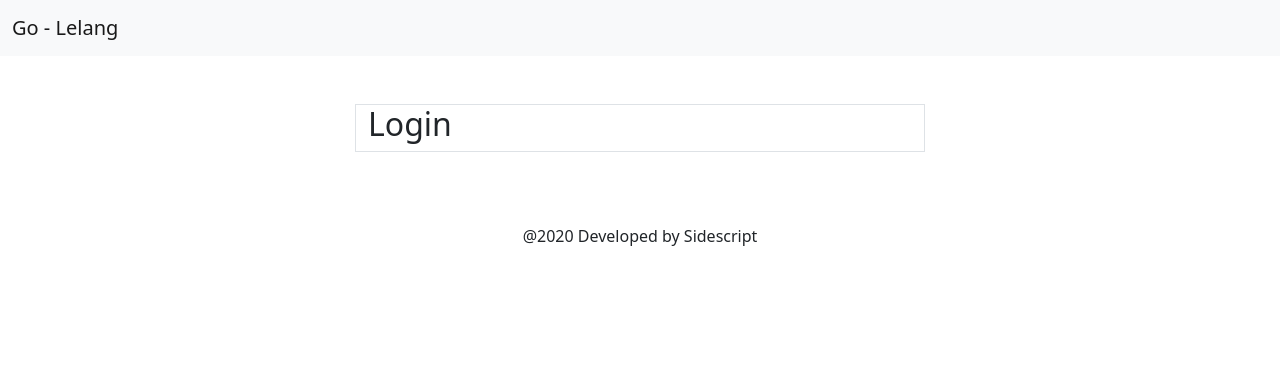
Repository: khulqu15/Go---Lelalng
Page: http://localhost/login
An editor plug-in stored every save of this project. The page is shown before and after the next save, followed by the edit.
The browser window is 1280 px wide. The pictures show the whole page.
The page is served by the project's Laravel application, run on PHP 8.4 with Laravel 8. Other server files are loaded and not shown.

Above is the page before, as saved 2021-02-22 15:50:42.

### routes/web.php
<?php

use App\Http\Controllers\DashboardController;
use App\Http\Controllers\PageController;
use App\Http\Controllers\UserController;
use Illuminate\Support\Facades\Route;

/*
|--------------------------------------------------------------------------
| Web Routes
|--------------------------------------------------------------------------
|
| Here is where you can register web routes for your application. These
| routes are loaded by the RouteServiceProvider within a group which
| contains the "web" middleware group. Now create something great!
|
*/

Route::get('/', [PageController::class, 'home'])->name('home');
Route::get('products', [PageController::class, 'products'])->name('products');
Route::get('product/{id}', [PageController::class, 'product'])->name('product');
Route::get('contact', [PageController::class, 'contact'])->name('contact');
Route::get('login', [PageController::class, 'login'])->name('login');
Route::get('register', [PageController::class, 'register'])->name('register');
Route::post('contact', [UserController::class, 'contactUs'])->name('contact.us');

Route::group(['middleware' => ['userDashboard']], function() {
    Route::get('dashboard', [DashboardController::class, 'index'])->name('dashboard');
    Route::get('dashboard/product', [DashboardController::class, 'product'])->name('dashboard.product');
    Route::get('dashboard/user', [DashboardController::class, 'user'])->name('dashboard.user');
    Route::get('dashboard/auction', [DashboardController::class, 'auction'])->name('dashboard.auction');
});

### app/Http/Controllers/PageController.php
<?php

namespace App\Http\Controllers;

use App\Models\Category;
use App\Models\Product;
use Illuminate\Http\Request;

class PageController extends Controller
{
    public function home(Request $request)
    {
        $categories = Category::orderBy('id', 'DESC')->paginate(4);
        $query = Product::query();
        if($request->get('name')) {
            $products = $query->where('name', 'LIKE', '%'.$request->get('name').'%');
        }
        if($request->get('category')) {
            $products = $query->where('category_id', $request->get('category'));
        }
        $products = $query->with('Category')->orderBy('id', 'DESC')->paginate(3);
        return view('welcome', compact('products', 'categories'));
    }

    public function products(Request $request)
    {
        $categories = Category::orderBy('id', 'DESC')->paginate(4);
        $query = Product::query();
        if($request->get('name')) {
            $products = $query->where('name', 'LIKE', '%'.$request->get('name').'%');
        }
        if($request->get('category')) {
            $products = $query->where('category_id', $request->get('category'));
        }
        $products = $query->paginate(3);
        return view('page.products', compact('products', 'categories'));
    }

    public function product($id)
    {
        $product = Product::find($id);
        return view('page.product', compact('product'));
    }

    public function contact()
    {
        return view('page.contact');
    }

    public function login()
    {
        return view('auth.login');
    }

    public function register()
    {
        return view('auth.register');
    }
}

### resources/views/auth/login.blade.php
@extends('layout.auth')

@section('title', 'Login')

@section('content')
<div class="container py-5">
    <div class="row">
        <div class="col-md-6 offset-md-3 border">
            <h2>Login</h2>
        </div>
    </div>
</div>
@endsection

### resources/views/layout/auth.blade.php
<!DOCTYPE html>
<html lang="en">
<head>
    <meta charset="UTF-8">
    <meta name="viewport" content="width=device-width, initial-scale=1.0">
    <meta http-equiv="X-UA-Compatible" content="ie=edge">
    <title>GO - Lelang | @yield('title')</title>

    <script src="{{ mix('css/app.css') }}"></script>
    <link rel="stylesheet" href="{{ asset('css/bootstrap.min.css') }}">
    <link rel="stylesheet" href="{{ asset('css/all.min.css') }}">
    <link rel="stylesheet" href="{{ asset('css/fontawesome.min.css') }}">
    <link rel="stylesheet" href="{{ asset('css/style.css') }}">

    <script src="{{ mix('js/app.js') }}"></script>
    <script src="{{ asset('js/jquery-3.5.1.min.js') }}"></script>
    <script src="{{ asset('js/bootstrap.min.js') }}"></script>
    <script src="{{ asset('js/all.min.js') }}"></script>
    <script src="{{ asset('js/fontawesome.min.js') }}"></script>

</head>
<body>

    <nav class="navbar navbar-expand-lg navbar-light bg-light">
        <div class="container-fluid">
            <a class="navbar-brand" href="{{ route('home') }}">Go - Lelang</a>
        </div>
    </nav>

    @yield('content')

    <footer class="container-fluid py-4">
        <div class="row">
            <div class="col-md-12 text-center">
                <p class="mb-0">@2020 Developed by Sidescript</p>
            </div>
        </div>
    </footer>
</body>
</html>

### public/css/style.css
body {
    overflow-x: hidden !important;
}
.viga {
    font-family: 'Viga', sans-serif;
}
.bgm-primary {
    background-color: #E62A2A !important;
}
.bgm-primary-light {
    background-color: #FFCECE !important;
}
.btnm-primary {
    border: none;
    border-radius: 0px !important;
    transition: all .3s ease-in-out;
    background-color: #E62A2A !important;
    padding: 1rem 2rem;
    color: white;
}
.shadow-smooth {
    box-shadow: 10px 20px 49px -8px rgba(0, 0, 0, 0.08) !important;
}
.page-item.active .page-link {
    background-color: #198754 !important;
    border-color: #198754 !important;
    color: white !important;
}
.page-link {
    color: #198754 !important;
}
.text-right {
    text-align: right !important;
}
.text-left {
    text-align: left !important;
}
.text-sm {
    font-size: .8rem;
}
.text-center {
    text-align: center !important;
}
.cursor-point {
    cursor: pointer;
}
.btnm-primary:hover {
    color: white !important;
    background-color: #c01c1c !important;
}
.btnm-light {
    border: none;
    border-radius: 0px !important;
    transition: all .3s ease-in-out;
    background-color: #f2f2f2 !important;
    padding: 1rem 2rem;
    color: #292929;
}
.btnm-light:hover {
    color: #292929 !important;
    background-color: #c2c2c2 !important;
}
.textm-primary {
    color: #E62A2A !important;
}
.textm-gray {
    color: gray !important;
}

.input-search-home {
    width: 80%;
    position: absolute;
    left: 10%;
    height: 60px;
    box-shadow: 0px 20px 40px -6px rgba(0, 0, 0, 0.12);
    top: -50px;
    background-color: white;
}
.input-search-home input {
    height: 60px;
}
.input-search-home button,
.input-search-home a {
    position: relative;
    top: -10px;
}
.maxm-height {
    min-height: 70vh;
    max-height: 70vh !important;
    overflow-y: auto !important;
    overflow-x: hidden !important;
}


.card-product {
    width: 100%;
    transition: all .3s ease-in-out;
    height: 370px;
    background-color: white;
}
.card-product:hover {
    box-shadow: 12px 24px 48px rgba(0, 0, 0, 0.09);
}
.card-product .image {
    width: 100%;
    height: 170px;
    background-color: #f36c6c;
    overflow: hidden;
}
.card-product .image img {
    transition: all .3s ease-in-out;
}
.card-product .image:hover img {
    transform: scale(1.1);
    opacity: .6;
}
.card-product .like {
    width: 50px;
    height: 50px;
    border-radius: 50px;
    background-color: #fccece;
    color: #E62A2A;
    position: absolute;
    line-height: 53px;
    text-align: center;
    z-index: 10;
    top: 140px;
    right: 20px;
    transition: all .3s ease-in-out;
}
.card-product .like:hover {
    cursor: pointer;
    background-color: #c01c1c;
    color: #FFCECE;
}
.card-product .liked {
    width: 50px;
    height: 50px;
    border-radius: 50px;
    background-color: #E62A2A;
    color: #fccece;
    position: absolute;
    line-height: 53px;
    text-align: center;
    z-index: 10;
    top: 140px;
    right: 20px;
    transition: all .3s ease-in-out;
}
.card-product .like:hover {
    cursor: pointer;
    color: #c01c1c;
    background-color: #FFCECE;
}
.image-fit-card {
    width: 100%;
    height: 100%;
    object-fit: cover !important;
}
.card-product .line-category {
    display: inline-block;
    width: 20px;
    height: 3px;
    background-color: gray;
}

.bg-hammer-bottom {
    background: url('../img/wallpaper/hammer.png');
    background-attachment: fixed;
    background-position: center;
    background-size: cover;
}

.input-email-footer {
    position: relative;
    width: 100%;
    height: 70px;
    box-shadow: 0px 19px 38px rgba(0, 0, 0, 0.12);
    background-color: white;
}
.input-email-footer input {
    height: 70px;
    width: 100%;
}
.input-email-footer button {
    position: relative;
    top: -8px
}

.menu-footer {
    color: rgba(255, 255, 255, .5);
}
.menu-footer.active,
.menu-footer:hover {
    color: rgba(255, 255, 255, 1);
    cursor: pointer;
    transition: all .4s ease-in-out;
}
.menu-footer .icon {
    position: absolute;
    right: -50px;
    opacity: 0;
    transition: all .2s ease-in-out;
    visibility: hidden;
}
.menu-footer.active .icon,
.menu-footer:hover .icon {
    position: relative;
    opacity: 1;
    right: 0;
    visibility: visible;
}
.menu-footer .menu-title {
    transition: all .2s ease-in-out;
    position: relative;
    font-size: 3rem;
    right: -10px;
}
.menu-footer.active .menu-title,
.menu-footer:hover .menu-title {
    position: relative;
    right: 0px;
}

.icons-footer svg {
    transition: all .2s ease-in-out;
    color: #c2c2c2;
    margin: 0px .8rem;
    font-size: 1.4rem;
}

.icons-footer svg:hover {
    cursor: pointer;
    color: #767676;
}

.navbar {
    transition: all .3s ease-in-out;
    z-index: 100;
}
.burger {
    position: relative;
    top: -5px;
    margin: 10px 0px 0px 0px;
}
.burger div {
    width: 30px;
    height: 2px;
    margin: 7px 0px;
    position: relative;
    background-color: #767676;
    transition: all .3s ease-in-out;
}
.burger.times div:nth-child(1) {
    transform: rotate(45deg);
    top: 5px;
}
.burger.times div:nth-child(2) {
    transform: rotate(-45deg);
    top: -5px;
}

.navbar-fixed {
    position: fixed;
    width: 100%;
    z-index: 50;
    overflow-x: hidden !important;
    overflow-y: auto !important;
    height: 100%;
    top: 0;
    opacity: 1;
    transform: skew(0deg);
    background-color: white;
    visibility: visible;
    right: 0;
    transition: all .5s ease-in;
}
.avatar-sm {
    width: 40px;
    height: 40px;
    border-radius: 40px;
    overflow: hidden;
    display: inline-block;
}
.avatar-md {
    width: 50px;
    height: 50px;
    border-radius: 50px;
    overflow: hidden;
    display: inline-block;
}
.avatar-sm-navbar {
    width: 40px;
    height: 40px;
    border-radius: 40px;
    display: inline-block;
    right: 120px;
    position: absolute;
    z-index: 10;
    overflow: hidden;
    transition: all .3s ease-in-out;
    top: 24px;
    box-sizing: content-box;
}
.avatar-sm-navbar:hover {
    cursor: pointer;
    border: 4px solid gainsboro;
    top: 20px;
    right: 112px;
}
.navbar-fixed.hide {
    transform: skew(10deg) !important;
    opacity: 0 !important;
    right: -100% !important;
    visibility: hidden !important;
}
.menu-navbar {
    color: rgba(44, 44, 44, 0.5);
}
.menu-navbar.active,
.menu-navbar:hover {
    color: rgba(44, 44, 44, 1) !important;
    cursor: pointer;
    transition: all .4s ease-in-out;
}
.menu-navbar .icon {
    position: absolute;
    right: -50px;
    opacity: 0;
    transition: all .2s ease-in-out;
    visibility: hidden;
}
.menu-navbar.active .icon,
.menu-navbar:hover .icon {
    position: relative;
    opacity: 1;
    right: 0;
    visibility: visible;
}
.menu-navbar .menu-title {
    transition: all .2s ease-in-out;
    position: relative;
    font-size: 3rem;
    right: -10px;
}
.menu-navbar.active .menu-title,
.menu-navbar:hover .menu-title {
    position: relative !important;
    right: 0px !important;
}
a {
    text-decoration: none !important;
}
.full-page,
.bg-product {
    width: 100%;
    min-height: 100vh;
    overflow: hidden;
    position: relative;
    background-color: #292929;
}
.full-page {
    background-color: #f36c6c !important;
}
.bg-product img {
    opacity: .8;
}

.avatar-profile {
    width: 80px;
    margin: 0px auto;
    height: 80px;
    display: inline-block;
    border-radius: 80px;
    overflow: hidden !important;
    background-color: #E62A2A;
}
.ellipsis-menu-right {
    top: 0;
    right: 0;
    margin: .7rem;
    font-size: 1.2rem;
}

.card-profile-navbar {
    background-color: white;
    width: 300px;
    position: relative;
    z-index: 100;
}
.card-auction {
    box-shadow: 0px 5px 15px rgba(0, 0, 0, 0.12);
    transition: all .3s ease-in-out;
}
.card-auction:hover {
    box-shadow: 0px 10px 30px rgba(0, 0, 0, 0.1);
}
.alert-respond {
    width: 50%;
    top: 20%;
    z-index: 100;
    left: 25%;
}
@media only screen and (max-width: 760px) {
    .alert-respond {
        z-index: 100;
        top: 20%;
        width: 80%;
        left: 10%;
    }
}

.btn-fab {
    position: fixed;
    right: 25px;
    bottom: 25px;
    z-index: 100;
}

.menu-ellipsis {
    width: 260px;
    overflow: hidden;
    right: 0;
    background-color: white;
    transition: all .3s ease-in-out;
    box-shadow: 0px 10px 20px rgba(0, 0, 0, 0.08);
}
.menu-ellipsis.hide {
    opacity: 0 !important;
    visibility: hidden !important;
    right: -20px !important;
}
.menu-ellipsis .item {
    padding: .7rem 1.4rem;
    transition: all .3s ease-in-out;
    text-align: right !important;
    cursor: pointer;
}
.menu-ellipsis .item:hover {
    background-color: gainsboro;
}

Loaded but not shown: app/Providers/AppServiceProvider.php (common file); app/Http/Controllers/Controller.php (common file); public/mix-manifest.json (common file); public/css/bootstrap.min.css (library); public/css/all.min.css (library); public/css/fontawesome.min.css (library); public/js/app.js (library); public/js/jquery-3.5.1.min.js (library); public/js/bootstrap.min.js (library); public/js/fontawesome.min.js (library); public/css/app.css (empty)

After the next save:
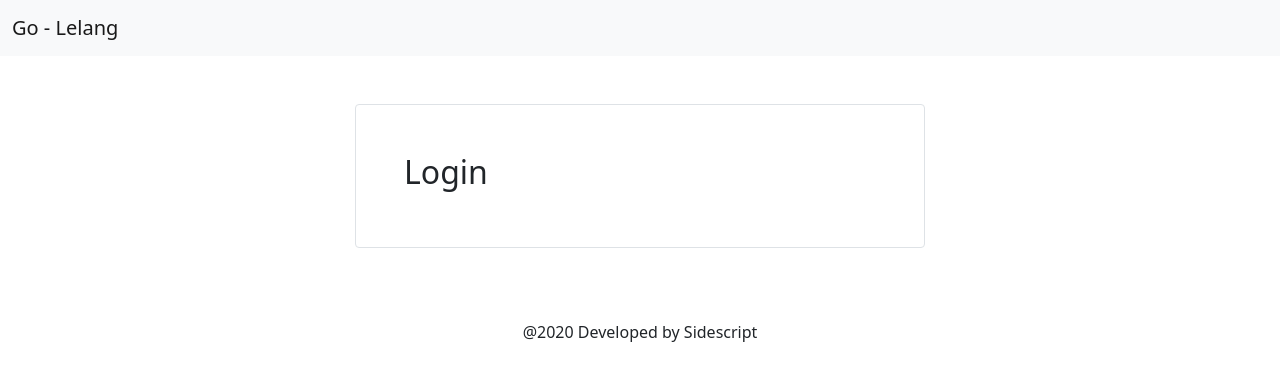
Saved 4 s later.
--- a/resources/views/auth/login.blade.php
+++ b/resources/views/auth/login.blade.php
@@ -5,7 +5,7 @@
 @section('content')
 <div class="container py-5">
     <div class="row">
-        <div class="col-md-6 offset-md-3 border">
+        <div class="col-md-6 offset-md-3 border rounded p-5">
             <h2>Login</h2>
         </div>
     </div>
